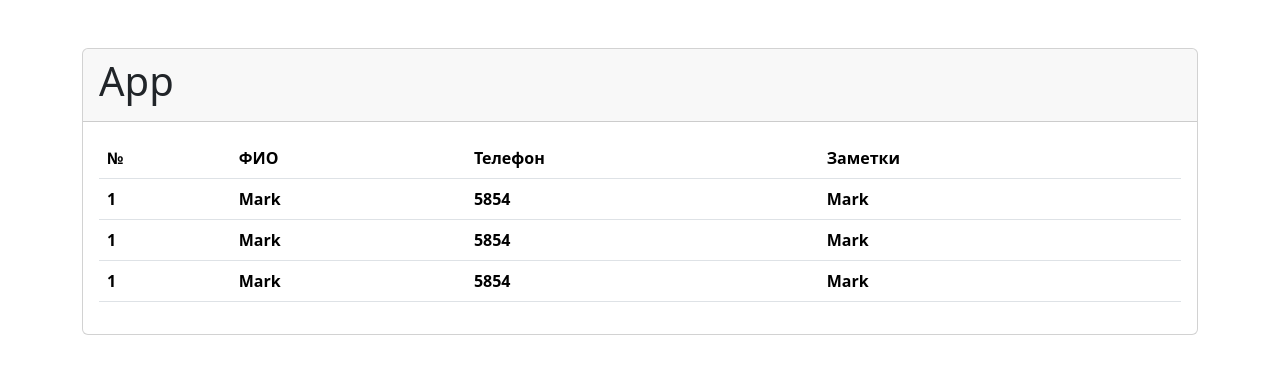
Repository: tatacheba/appstepikjavareact
Page: / (app in client/)
The author's editor kept a copy of each file at every save. The page is drawn from the files as they stood at one save, then again after the next save.
The browser window is 1280 px wide. The pictures show the whole page.
The project was rebuilt for these pictures with package versions that can differ from the ones it lists, and the page was loaded fresh each time. Also part of the build but not shown: client/src/App.css.

Above is the page before, as saved 2024-11-25 16:49:02.

After the next save:
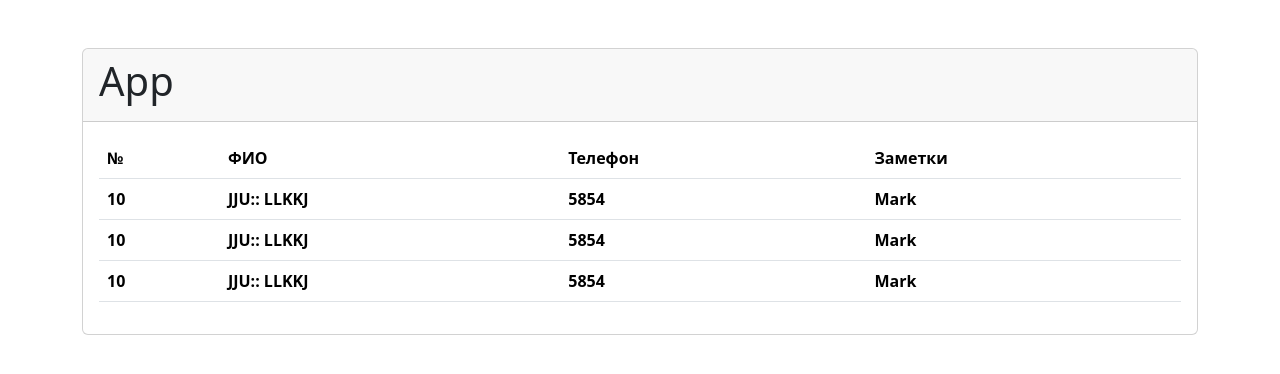
Saved 46 s later.
--- a/client/src/layouts/tableView/TableRowItem.js
+++ b/client/src/layouts/tableView/TableRowItem.js
@@ -1,10 +1,10 @@
 import React from "react";
 
 const TableRowItem = (props) => {
-    const id = 1;
-    const fullName = "Mark";
-    const phone = 5854;
-    const notes = "Mark";
+    const id = props.id;
+    const fullName = props.fullName;
+    const phone = props.phone;
+    const notes = props.notes;
     return (
         <tr>
             <th scope="row">{id}</th>
